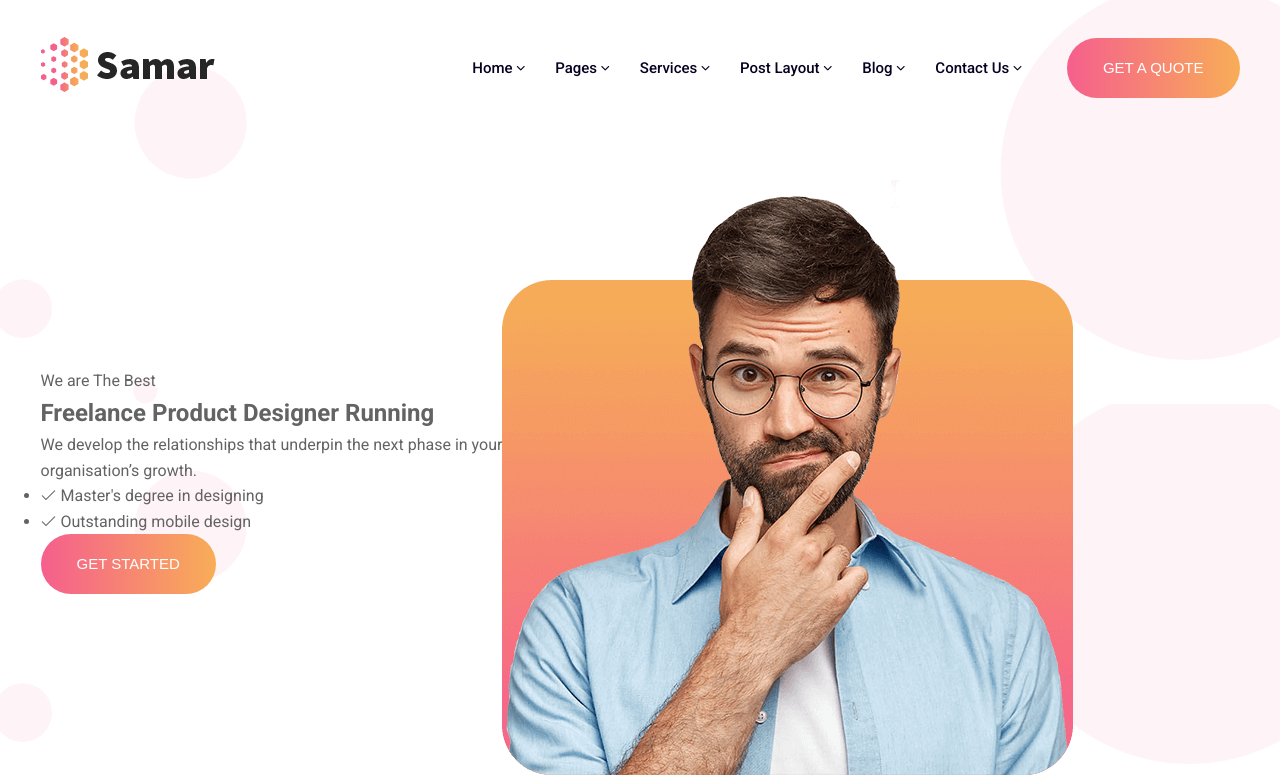
Repository: ducdatit2002/samar
Page: index.html
The author's editor kept a copy of each file at every save. The page is drawn from the files as they stood at one save, then again after the next save.
The browser window is 1280 px wide. The pictures show the whole page.

Above is the page before, as saved 2023-07-26 23:31:56.

After the next save:
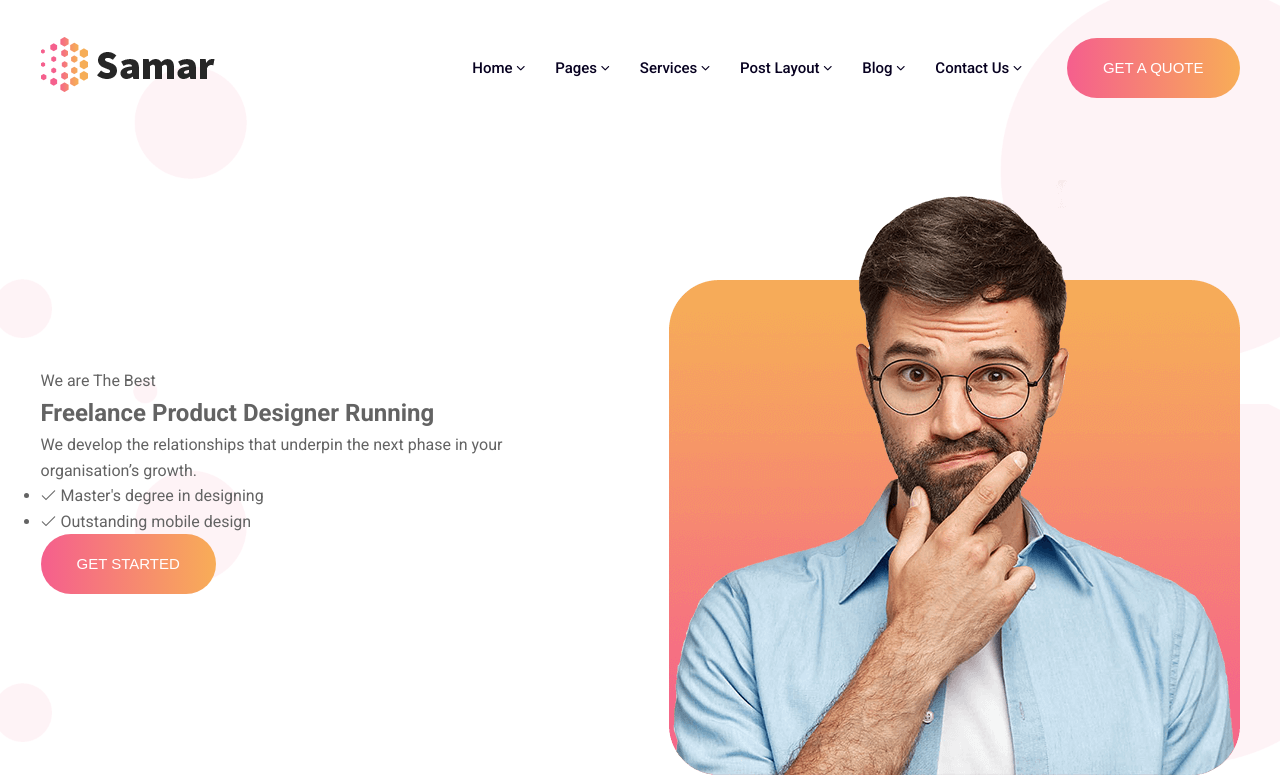
Saved 13 s later.
--- a/index.css
+++ b/index.css
@@ -102,6 +102,10 @@
     display: flex;
     align-items: center;
 }
+.saCarousel__left {
+    width: 60%;
+}
+
 /*Animation */
 @keyframes upToDown {
   49% {
